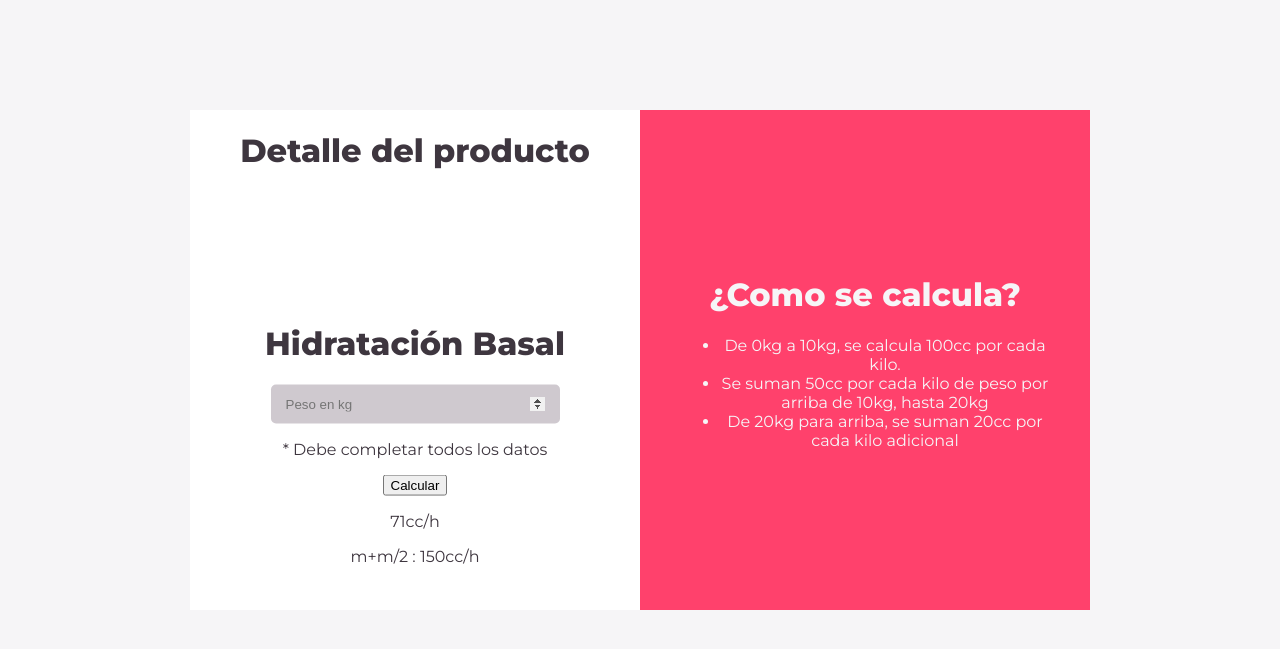
Repository: Fredy452/calculadora_basal
Page: index.html
An editor plug-in stored every save of this project. The page is shown before and after the next save, followed by the edit.
The browser window is 1280 px wide. The pictures show the whole page.
The pointer rests on the first visible `input`.

Above is the page before, as saved 2023-04-21 07:56:13.

After the next save:
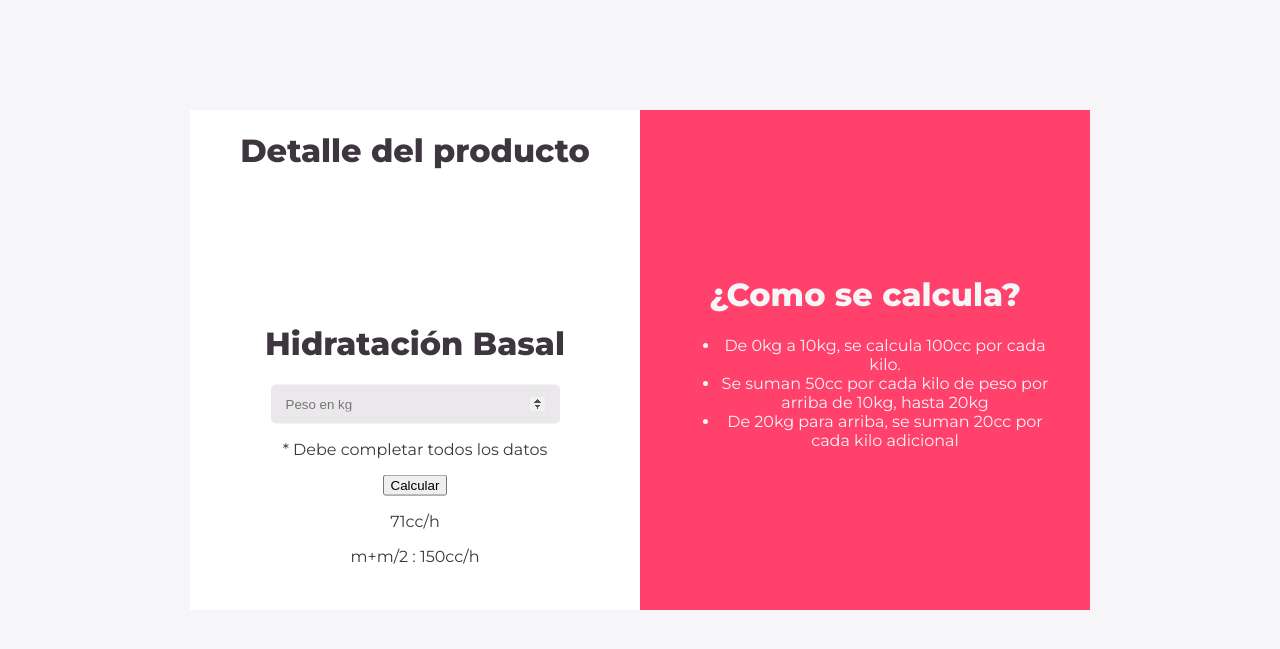
Saved 14 s later.
--- a/style.css
+++ b/style.css
@@ -43,5 +43,5 @@ input{
     border-radius: 5px;
 }
 input:hover{
-    background-color:#cfc9cf;
+    background-color:#ebe8eb;
 }
